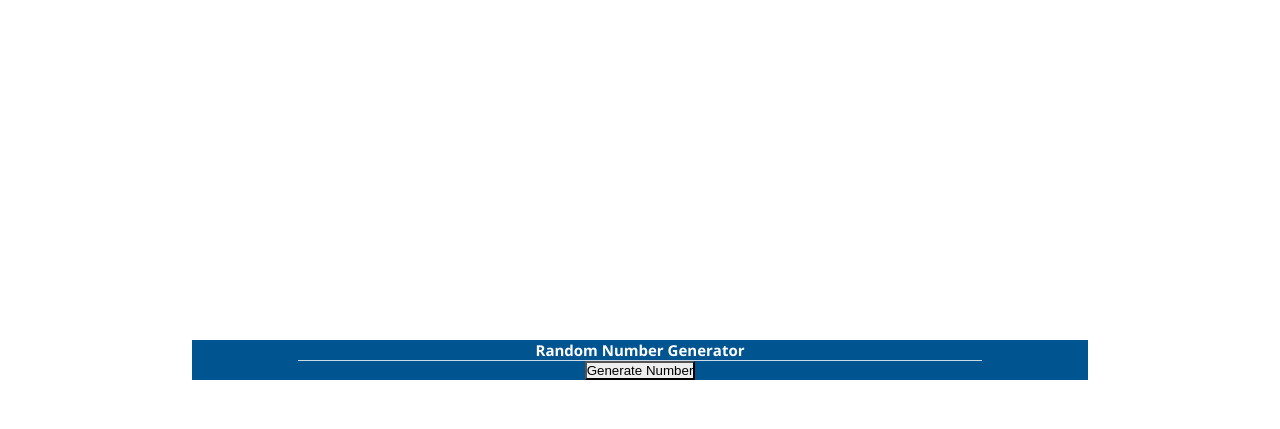
Repository: fakebrianho/100daysJS
Page: day002/index.html
An editor plug-in stored every save of this project. The page is shown before and after the next save, followed by the edit.
The browser window is 1280 px wide. The pictures show the whole page.
Some web libraries are served in a nearby version.

Above is the page before, as saved 2023-03-21 19:31:05.

### day002/index.html
<!DOCTYPE html>
<html lang="en">

<head>
  <meta charset="UTF-8" />
  <meta name="viewport" content="width=device-width, initial-scale=1.0" />
  <title>Document</title>
  <script src="https://kit.fontawesome.com/1935d064dd.js" crossorigin="anonymous"></script>
  <link rel="stylesheet" href="styles.css" />
</head>

<body>
  <main>
    <section class='container'>
      <h1 class='title'>Random Number Generator</h1>
      <div class='number'>
      </div>
      <div class='divider'></div>
      <button class='generate'>Generate Number</button>
    </section>
  </main>

  <script src="script.js"></script>
</body>

</html>

### day002/styles.css
@import url('https://fonts.googleapis.com/css2?family=Open+Sans:wght@300;400;600;700&display=swap');

:root {
	--white: #fff;
	--black: #1c2b2d;
	--blue: #31326f;
	--light-blue: #005490;
	--color-primary: #9d0191;
	--color-sec: #db6400;
	--grey: #eee;
	--dark-grey: #222831;
}

* {
	margin: 0;
	padding: 0;
	box-sizing: border-box;
}

html {
	font-size: 10px;
}

body {
	font-family: 'Open Sans', sans-serif;
}

p {
	font-size: 1.6rem;
	line-height: 1.5;
}

img {
	width: 100%;
}

main {
	width: 100vw;
	height: 100vh;
	display: flex;
	justify-content: center;
	align-items: center;
	color: white;
}

.container {
	width: 70%;
	max-width: 900px;
	display: flex;
	justify-content: center;
	align-items: center;
	flex-direction: column;
	margin: 0 auto;
	padding: 0 20px;
	background-color: var(--light-blue);
}

.generate {
	background-color: var(--grey);
	color: black;
}

.divider {
	background-color: white;
	width: 80%;
	opacity: 80%;
	height: 1px;
}

### day002/script.js
const generate = () => {
	const rng = document.querySelector('.generate')
	const number = document.querySelector('.number')
	rng.addEventListener('click', () => {
		number.innerHTML = Math.floor(Math.random() * 100)
	})
}
generate()

After the next save:
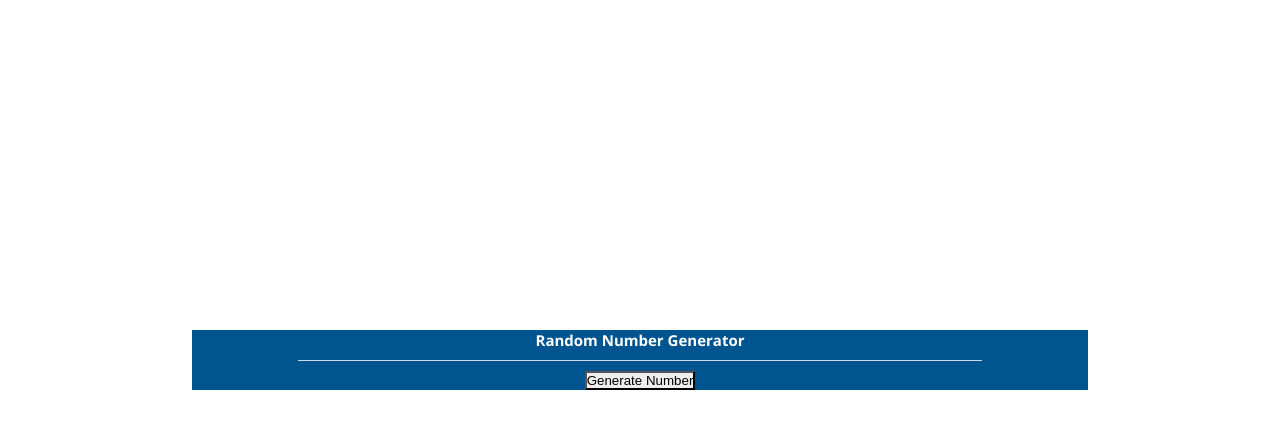
Saved 16 s later.
--- a/day002/styles.css
+++ b/day002/styles.css
@@ -62,6 +62,7 @@ main {
 
 .divider {
 	background-color: white;
+	margin: 10px 0px;
 	width: 80%;
 	opacity: 80%;
 	height: 1px;
